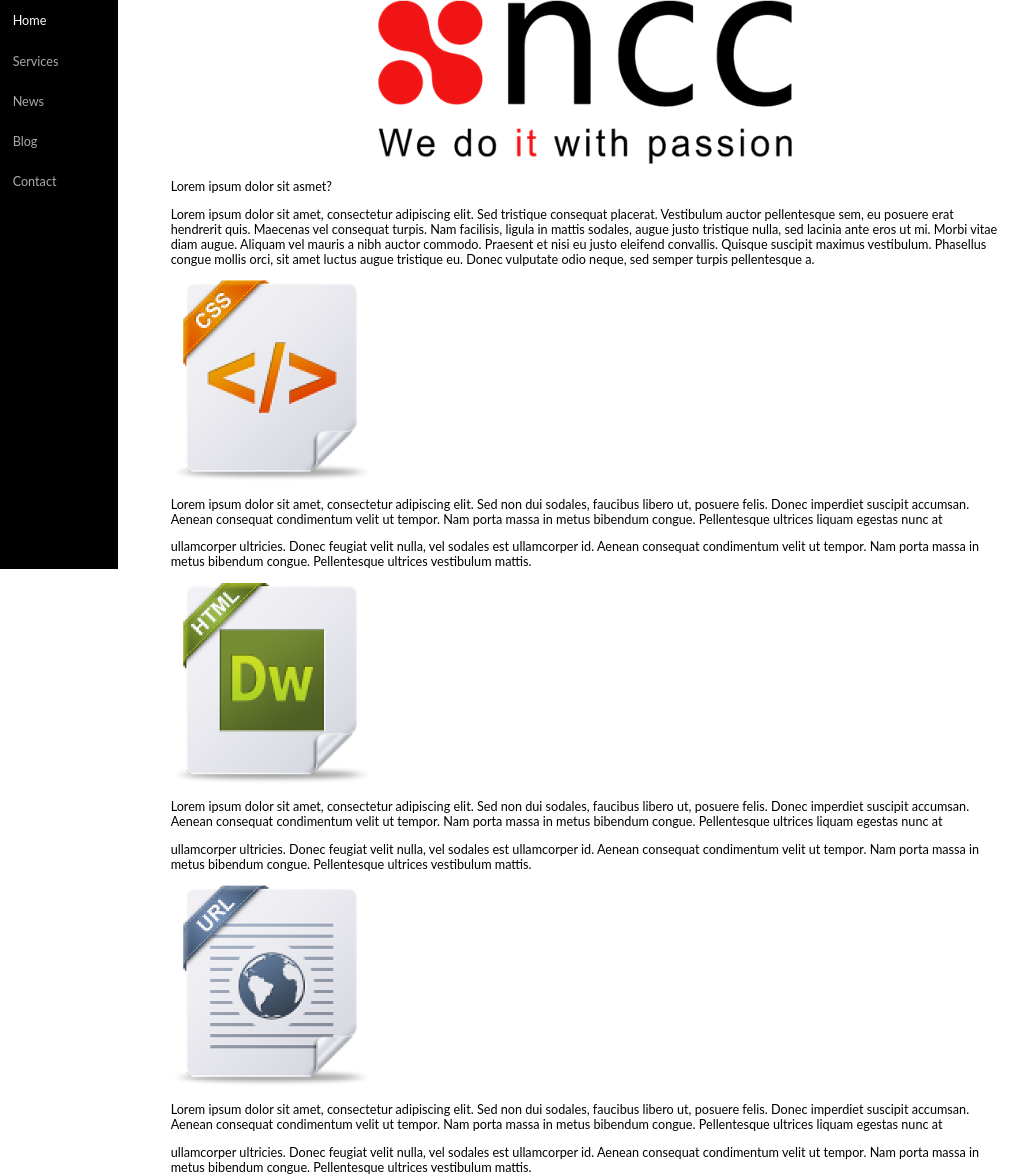
Repository: Chicken2k/testpv
Page: testpv.html
An editor plug-in stored every save of this project. The page is shown before and after a run of saves, followed by the edit.
The browser window is 1280 px wide. The pictures show the whole page, at 79% of full size.

Above is the page before, as saved 2022-05-09 17:37:31.

### testpv.html
<!DOCTYPE html>
<html lang="en">

<head>
  <meta charset="UTF-8">
  <meta http-equiv="X-UA-Compatible" content="IE=edge">
  <meta name="viewport" content="width=device-width, initial-scale=1.0">
  <title>Test Pv</title>
  <link rel="stylesheet" href="./testpv.css">
</head>

<body>
  <!-- Page Content -->
  <div class="sidebar">
    <a class="active" href="#home">Home</a>
    <a class="mau_sidebar" href="#news">Services</a>
    <a class="mau_sidebar" href="#news">News</a>
    <a class="mau_sidebar" href="#contact">Blog</a>
    <a class="mau_sidebar" href="#about">Contact</a>
  </div>

  <div class="content">
    <div class="anh1"><img src="./img/279228104_1352489911904387_625900338188127808_n.png" alt="anh1"></div>
    <div>
      <p>Lorem ipsum dolor sit asmet?</p>
      <p>
        Lorem ipsum dolor sit amet, consectetur adipiscing elit. Sed tristique consequat placerat. Vestibulum auctor
        pellentesque sem, eu posuere erat hendrerit quis. Maecenas vel consequat turpis. Nam facilisis, ligula in mattis
        sodales, augue justo tristique nulla, sed lacinia ante eros ut mi. Morbi vitae diam augue. Aliquam vel mauris a
        nibh auctor commodo. Praesent et nisi eu justo eleifend convallis. Quisque suscipit maximus vestibulum.
        Phasellus congue mollis orci, sit amet luctus augue tristique eu. Donec vulputate odio neque, sed semper turpis
        pellentesque a.
      </p>

    </div>
    <div>
      <div class="item1">
        <img src="./img/279432721_801750327865380_1720542181196649752_n.png" alt="anh2">
        <p>Lorem ipsum dolor sit amet, consectetur adipiscing elit. Sed non dui sodales, faucibus libero ut, posuere
          felis. Donec imperdiet suscipit accumsan. Aenean consequat condimentum velit ut tempor. Nam porta massa in
          metus bibendum congue. Pellentesque ultrices liquam egestas nunc at </p>
        <p>ullamcorper ultricies. Donec feugiat velit nulla, vel sodales est ullamcorper id. Aenean consequat
          condimentum velit ut tempor. Nam porta massa in metus bibendum congue. Pellentesque ultrices vestibulum
          mattis.</p>
      </div>
      <div class="item2">
        <img src="./img/280085061_1138122106748367_1606742270208814597_n.png" alt="anh3">
        <p>Lorem ipsum dolor sit amet, consectetur adipiscing elit. Sed non dui sodales, faucibus libero ut, posuere
          felis. Donec imperdiet suscipit accumsan. Aenean consequat condimentum velit ut tempor. Nam porta massa in
          metus bibendum congue. Pellentesque ultrices liquam egestas nunc at </p>
        <p>ullamcorper ultricies. Donec feugiat velit nulla, vel sodales est ullamcorper id. Aenean consequat
          condimentum velit ut tempor. Nam porta massa in metus bibendum congue. Pellentesque ultrices vestibulum
          mattis.</p>
      </div>
      <div class="item3">
        <img src="./img/279236302_307050408266746_3476048560508210445_n.png" alt="anh4">
        <p>Lorem ipsum dolor sit amet, consectetur adipiscing elit. Sed non dui sodales, faucibus libero ut, posuere
          felis. Donec imperdiet suscipit accumsan. Aenean consequat condimentum velit ut tempor. Nam porta massa in
          metus bibendum congue. Pellentesque ultrices liquam egestas nunc at </p>
        <p>ullamcorper ultricies. Donec feugiat velit nulla, vel sodales est ullamcorper id. Aenean consequat
          condimentum velit ut tempor. Nam porta massa in metus bibendum congue. Pellentesque ultrices vestibulum
          mattis.</p>
      </div>
    </div>
  </div>


</body>

</html>

### testpv.css
body {
  margin: 0;
  font-family: "Lato", sans-serif;
}

.sidebar {
  margin: 0;
  padding: 0;
  width: 150px;
  background-color: black;
  position: fixed;
  height: 100%;
  overflow: auto;

}

.sidebar a {
  display: block;
  color: #AAAAAA;
  padding: 16px;
  text-decoration: none;
}

.sidebar a.active {

  color: white;
}

.sidebar a:hover:not(.active) {
  background-color: #555;
  color: white;
}

div.content {
  margin-left: 200px;
  padding: 1px 16px;
  height: 1000px;
}
.anh1{
  text-align: center;
  width: ;

}

@media screen and (max-width: 700px) {
  .sidebar {
    width: 100%;
    height: auto;
    position: relative;
  }
  .sidebar a {float: left;}
  div.content {margin-left: 0;}
}

@media screen and (max-width: 400px) {
  .sidebar a {
    text-align: center;
    float: none;
  }
}

After the next 3 saves:
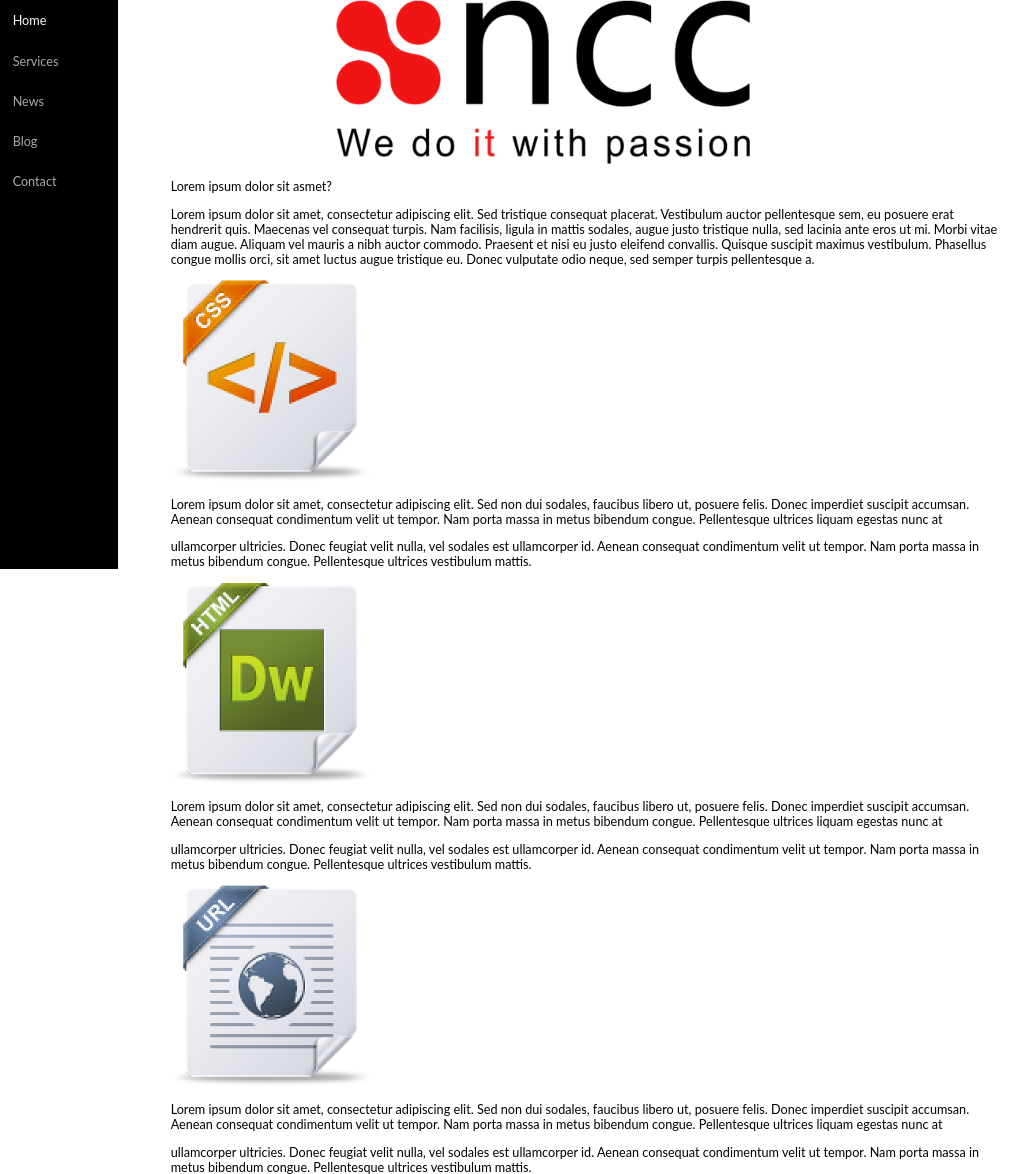
The 3 saves are shown as one change because they came seconds apart.
The last was saved 10 s later.
--- a/testpv.css
+++ b/testpv.css
@@ -38,7 +38,8 @@
 }
 .anh1{
   text-align: center;
-  width: ;
+
+  width: 90%;
 
 }
 

After the save that followed:
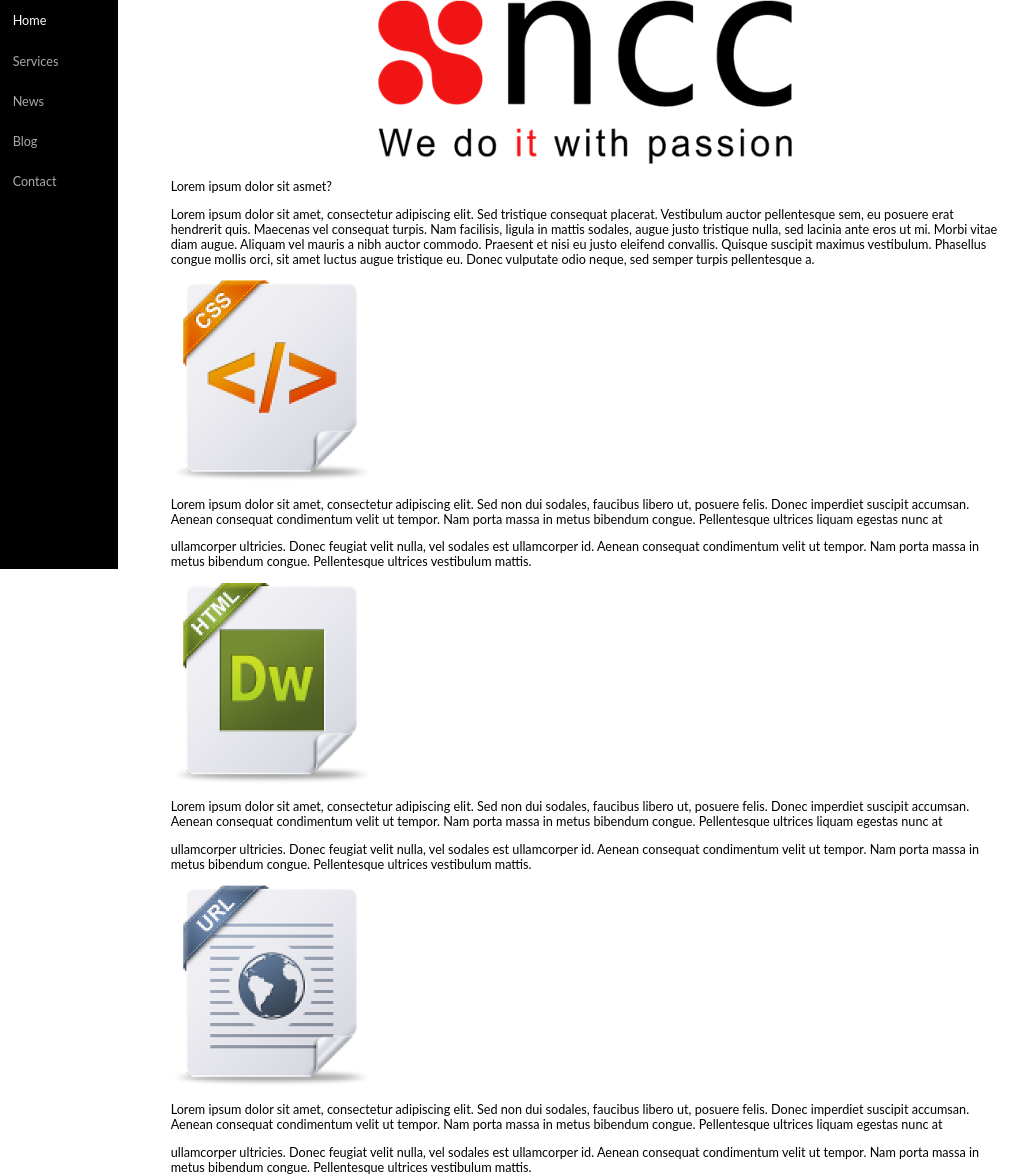
Saved 21 s later.
--- a/testpv.css
+++ b/testpv.css
@@ -39,7 +39,6 @@
 .anh1{
   text-align: center;
 
-  width: 90%;
 
 }
 
